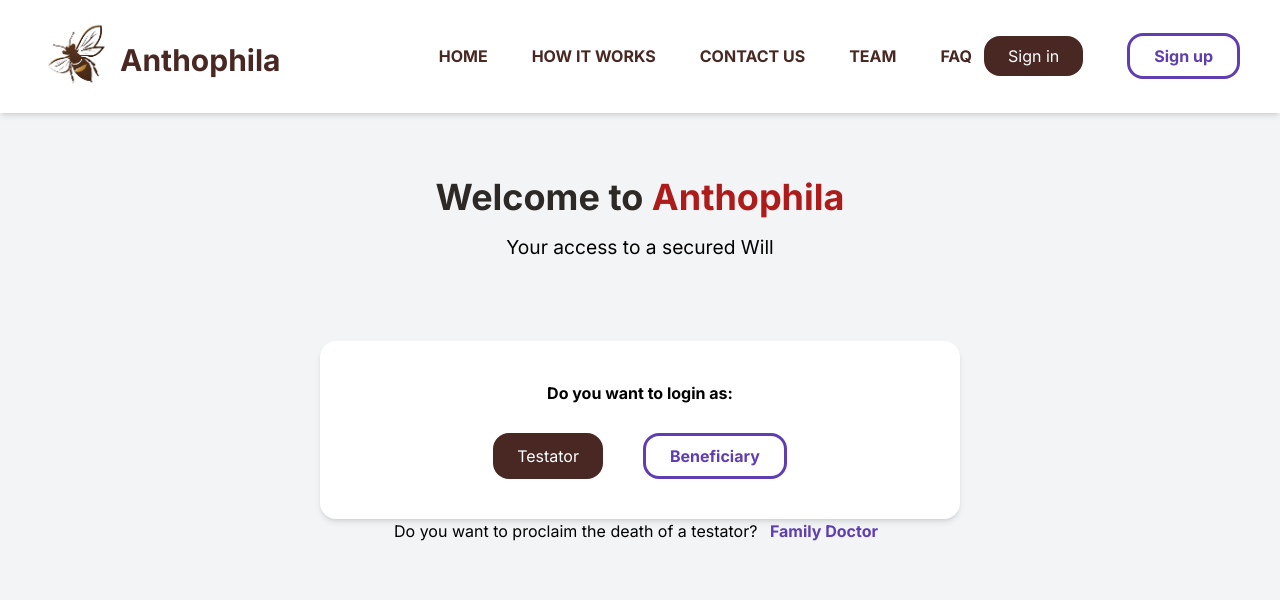
Repository: marcusdashe/anthophila
Page: /
The author's editor kept a copy of each file at every save. The page is drawn from the files as they stood at one save, then again after the next save.
The browser window is 1280 px wide. The pictures show the whole page.
The project was rebuilt for these pictures with package versions that can differ from the ones it lists, and the page was loaded fresh each time. The framework's server and built-in components were replaced by stand-ins that run in the browser. Also part of the build but not shown: next.config.js, styles/Home.module.css.

Above is the page before, as saved 2023-03-11 16:27:41.

After the next save:
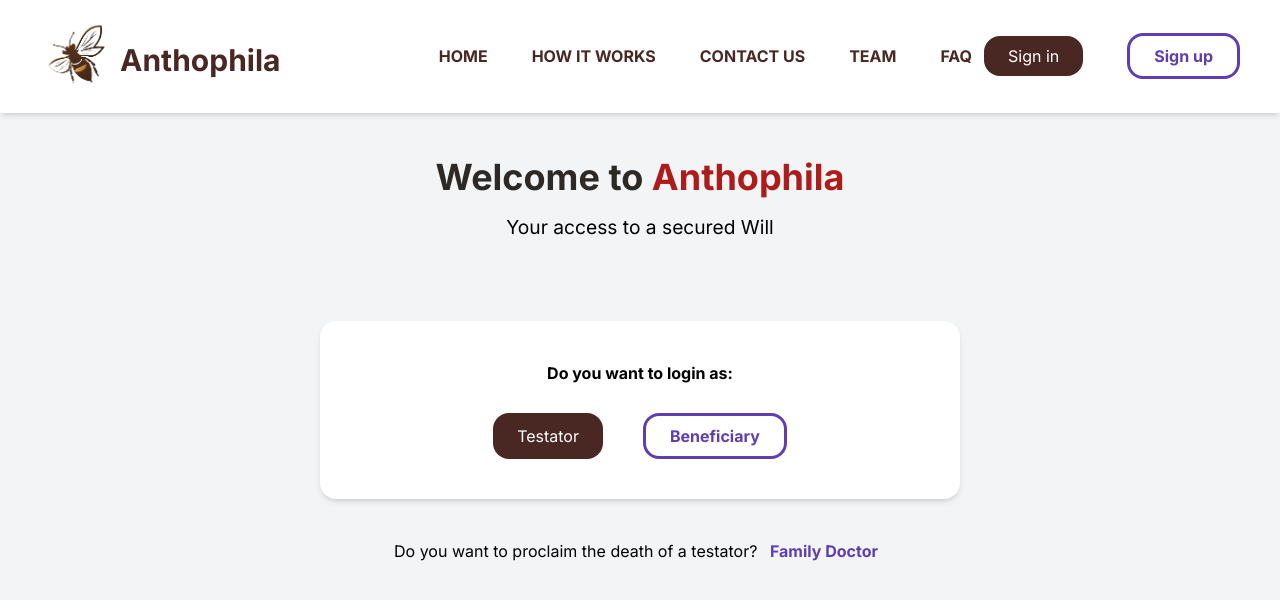
Saved 11 s later.
--- a/components/Hero.jsx
+++ b/components/Hero.jsx
@@ -33,7 +33,7 @@ const Hero = () => {
           </Button>
         </div>
       </section>
-      <p className="w-[70%] text-center  bottom-8 md:max-w-100 sm:max-w-50">
+      <p className="w-[70%] text-center mt-10 bottom-8 md:max-w-100 sm:max-w-50">
         Do you want to proclaim the death of a testator?{" "}
         <Link
           className="text-[#5F3EB2] p-2 font-bold rounded-lg hover:bg-[#D5D0ED] duration-500"
